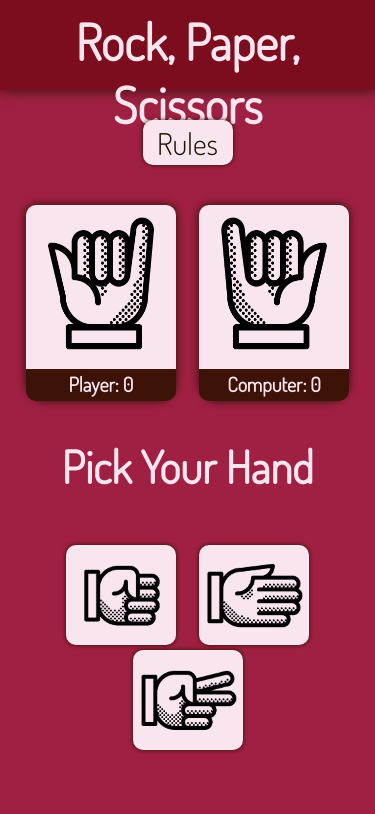
Repository: shayanabedi98/rock-paper-scissors
Page: index.html
These files come from the project's save history. The page is drawn as it stood at one moment and after the next save; the edit follows.
The browser window is 375 px wide. The pictures show the whole page.

Above is the page before, as saved 2023-07-21 13:44:27.

After the next save:
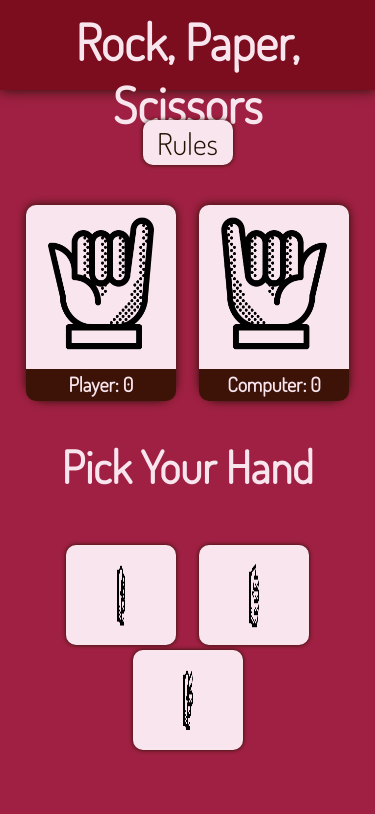
Saved 16 s later.
--- a/styles.css
+++ b/styles.css
@@ -252,8 +252,8 @@ h1 {
         margin: 0 10px;
     }
 
-    .btn {
-        margin: 0;
-    }
-
-}
+    .btn img {
+        width: 10px;
+    }
+
+}
